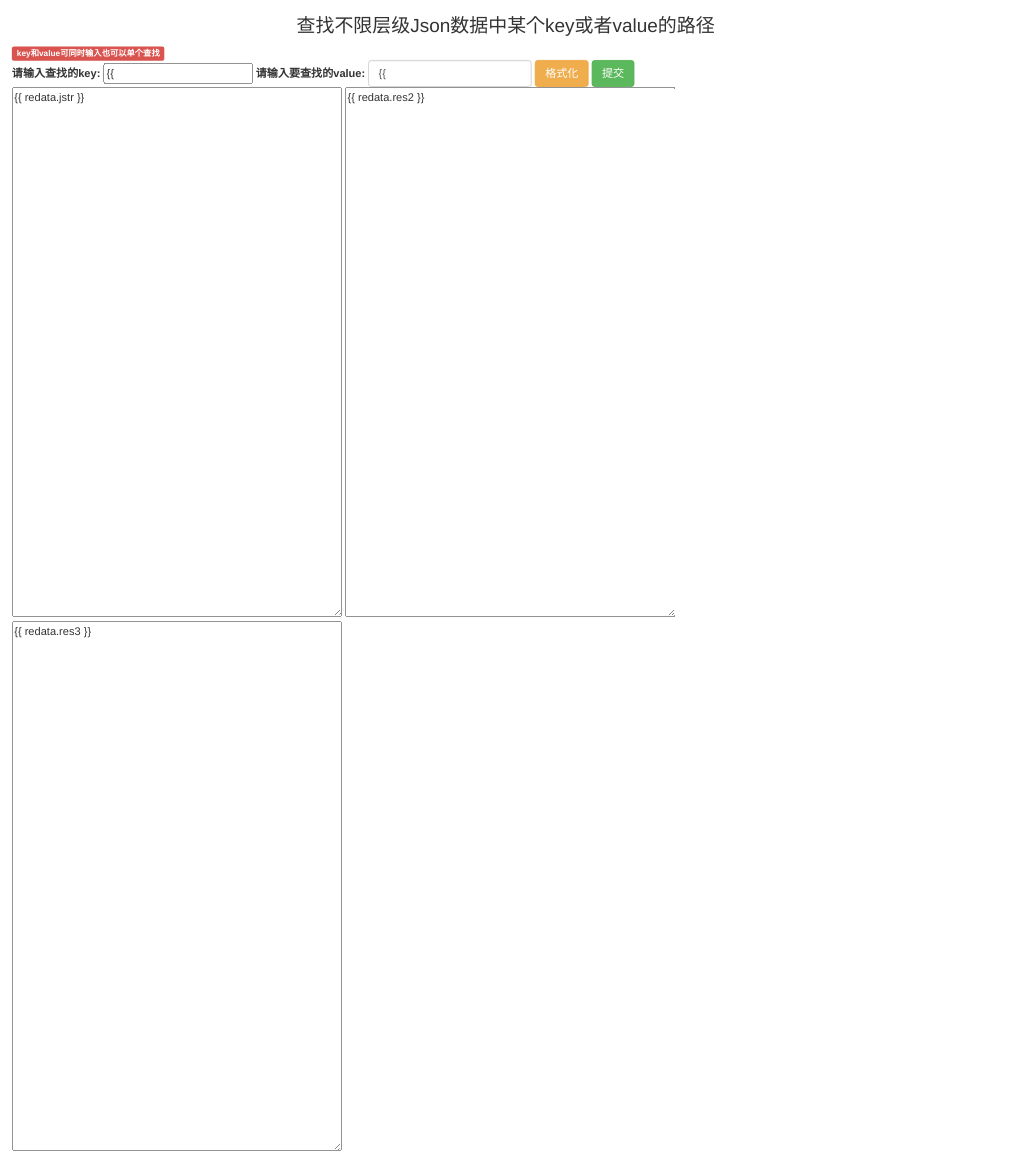
Repository: wangyanqing666/study
Page: other.html
These files come from the project's save history. The page is drawn as it stood at one moment and after the next save; the edit follows.
The browser window is 1280 px wide. The pictures show the whole page, at 79% of full size.
Some web libraries are served in a nearby version.

Above is the page before, as saved 2020-12-03 11:21:26.

### other.html
<!DOCTYPE html>
<html lang="en">

<head>

    <head>

        <meta charset="UTF-8">
        <meta name="viewport" content="width=device-width, initial-scale=1,maximum-scale=1, user-scalable=no">
        <title>jean同步配置</title>
        <link rel="stylesheet" href="https://cdn.staticfile.org/twitter-bootstrap/3.3.7/css/bootstrap.min.css">
        <script src="https://cdn.staticfile.org/jquery/2.1.1/jquery.min.js"></script>
        <script src="https://cdn.staticfile.org/twitter-bootstrap/3.3.7/js/bootstrap.min.js"></script>
    </head>

<body>
    <h3 class="text-center">查找不限层级Json数据中某个key或者value的路径</h3>

    <div class="container-fluid">
                                    <span class="label label-danger">key和value可同时输入也可以单个查找</span>


        <form class="form-inline" action="/formit" method="POST">


            <div class="form-group">
                <label>请输入查找的key: </label>

                <input class="form-group" type="text" id="key" name="key" value={{ redata.key }}>
            </div>

            <div class="form-group">

                <label>请输入要查找的value: </label>
                <input class="form-control" type="text" id="key1" name="key1" value={{ redata.value }}>
                <button type="button" class="btn btn-warning" id="formatting" onclick="beautify();">格式化</button>
                <input type="submit" class="btn btn-success" value="提交">



            </div>


            <div class="form-group">

                <textarea class="column " style="height: 671px; width: 418px;" id="editor1"
                    placeholder="给一个JSON字符串，然后会自动格式化" spellcheck="false" name="jstr">{{ redata.jstr }}</textarea>
                <textarea id="editor2" style="height: 671px; width: 418px;" class="clumn " placeholder="key值"
                    name="jstr1">{{ redata.res2 }}</textarea>
                <textarea id="editor3" style="height: 671px; width: 418px;" class="clumn " placeholder="value值"
                    name="jstr2">{{ redata.res3 }}</textarea>
            </div>


        </form>
    </div>









</body>

</html>

After the next save:
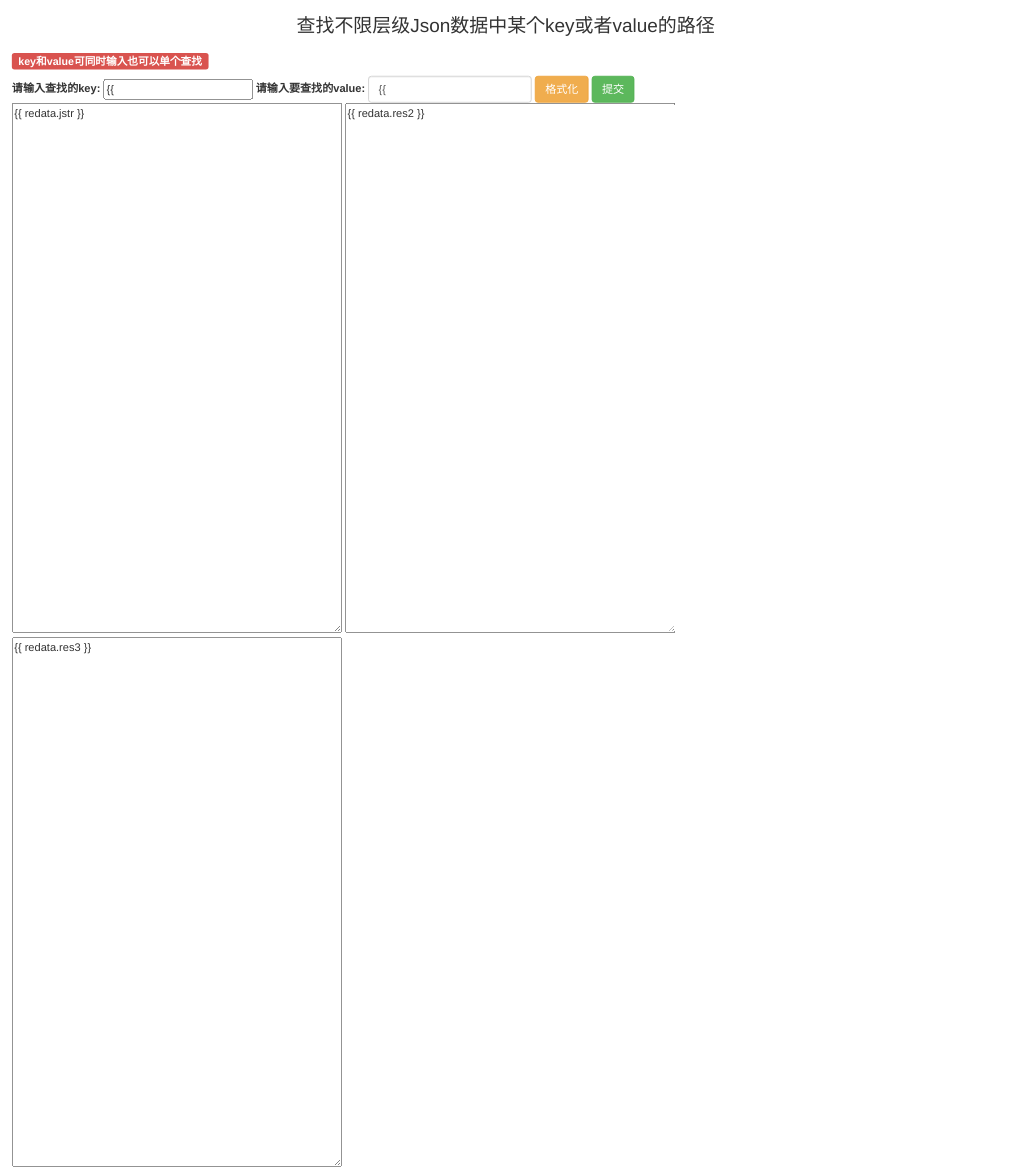
Saved 74 s later.
--- a/other.html
+++ b/other.html
@@ -17,7 +17,7 @@
     <h3 class="text-center">查找不限层级Json数据中某个key或者value的路径</h3>
 
     <div class="container-fluid">
-                                    <span class="label label-danger">key和value可同时输入也可以单个查找</span>
+        <h4><span class="label label-danger" >key和value可同时输入也可以单个查找</span></h4>
 
 
         <form class="form-inline" action="/formit" method="POST">
